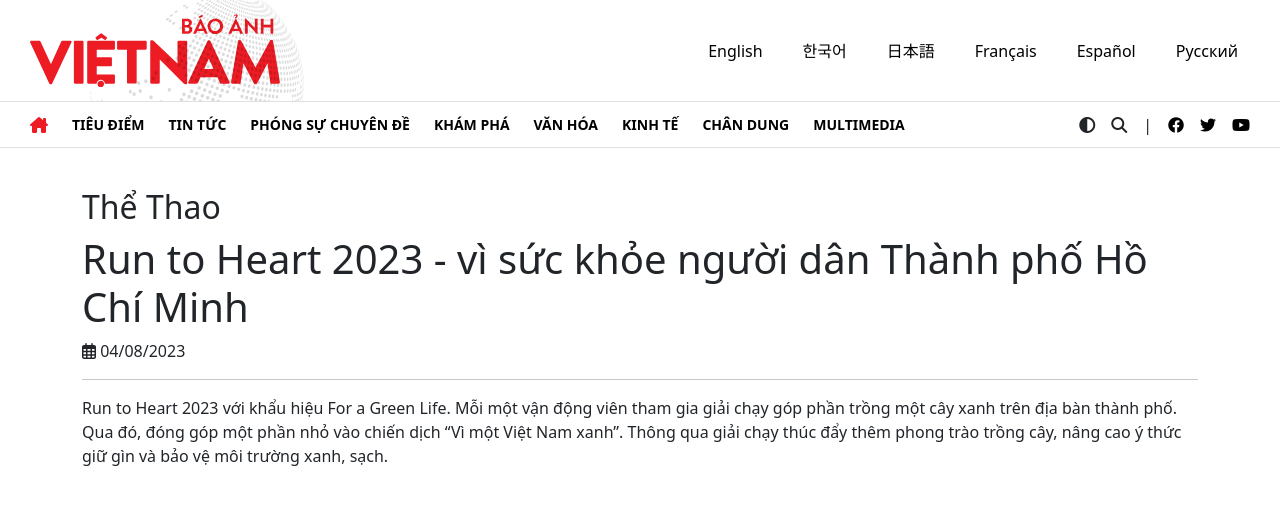
Repository: kietdotshp/webtintuc
Page: Detail.html
The author's editor kept a copy of each file at every save. The page is drawn from the files as they stood at one save, then again after a run of saves.
The browser window is 1280 px wide. The pictures show the whole page.
Some web libraries are served in a nearby version.

Above is the page before, as saved 2023-08-10 16:06:51.

### Detail.html
<!DOCTYPE html>
<html lang="en">

<head>
    <title></title>
    <meta charset="UTF-8">
    <meta name="viewport" content="width=device-width, initial-scale=1">
    <link href="assets/css/detail.css" rel="stylesheet">
    <link href="https://cdn.jsdelivr.net/npm/bootstrap@5.3.1/dist/css/bootstrap.min.css" rel="stylesheet"
        integrity="sha384-4bw+/aepP/YC94hEpVNVgiZdgIC5+VKNBQNGCHeKRQN+PtmoHDEXuppvnDJzQIu9" crossorigin="anonymous">
    <link href="https://cdn.jsdelivr.net/npm/bootstrap@5.3.1/dist/css/bootstrap.min.css" rel="stylesheet"
        integrity="sha384-4bw+/aepP/YC94hEpVNVgiZdgIC5+VKNBQNGCHeKRQN+PtmoHDEXuppvnDJzQIu9" crossorigin="anonymous" />
    <script src="https://cdn.jsdelivr.net/npm/bootstrap@5.3.1/dist/js/bootstrap.bundle.min.js"></script>
    <script src="https://kit.fontawesome.com/a076d05399.js"></script>
    <link rel="stylesheet" href="https://cdnjs.cloudflare.com/ajax/libs/font-awesome/6.4.2/css/all.min.css"
        integrity="sha512-z3gLpd7yknf1YoNbCzqRKc4qyor8gaKU1qmn+CShxbuBusANI9QpRohGBreCFkKxLhei6S9CQXFEbbKuqLg0DA=="
        crossorigin="anonymous" referrerpolicy="no-referrer" />

        <link rel="stylesheet"href="https://cdnjs.cloudflare.com/ajax/libs/font-awesome/4.7.0/css/font-awesome.min.css"/>
</head>

<header>
    <div class="container-custom">
        <section class="d-flex align-items-center justify-content-between">
            <!-- Web logo -->
            <figure class="web-logo">
                <img src="./assets/images/logo-vi.svg" alt="Logo" class="img-contain" />
            </figure>

            <div class="d-none d-lg-flex align-items-center gap-3">
                <a href="javascript:void(0)" class="choose-lang">English</a>
                <a href="javascript:void(0)" class="choose-lang">한국어</a>
                <a href="javascript:void(0)" class="choose-lang">日本語</a>
                <a href="javascript:void(0)" class="choose-lang">Français</a>
                <a href="javascript:void(0)" class="choose-lang">Español</a>
                <a href="javascript:void(0)" class="choose-lang">Русский</a>
            </div>

            <a class="mobile-menu d-lg-none" href="javascript:void(0)">
                <i class="fa-solid fa-bars-staggered fs-2"></i>
            </a>
        </section>
    </div>

    <div class="line-seperate-horizontal"></div>

    <div class="container-custom">
        <section class="d-flex align-items-center justify-content-between py-3 py-lg-0">
            <div class="d-flex align-items-center gap-4 gap-xxl-5">
                <a href="javascript:void(0)">
                    <i class="fa-solid fa-house-chimney color-primary"></i>
                </a>

                <div class="d-none d-lg-flex align-items-center gap-4 gap-xxl-5">
                    <a href="javascript:void(0)" class="menu-item">Tiêu điểm</a>
                    <a href="javascript:void(0)" class="menu-item">Tin tức</a>
                    <a href="javascript:void(0)" class="menu-item">Phóng sự chuyên đề</a>
                    <a href="javascript:void(0)" class="menu-item">Khám phá</a>
                    <a href="javascript:void(0)" class="menu-item">Văn hóa</a>
                    <a href="javascript:void(0)" class="menu-item">Kinh tế</a>
                    <a href="javascript:void(0)" class="menu-item">Chân dung</a>
                    <a href="javascript:void(0)" class="menu-item">Multimedia</a>
                </div>
            </div>

            <div class="d-flex align-items-center gap-3">
                <div class="d-flex align-items-center gap-3">
                    <div class="cursor-pointer">
                        <i class="fa-solid fa-circle-half-stroke"></i>
                    </div>
                    <div class="cursor-pointer">
                        <i class="fa-solid fa-magnifying-glass"></i>
                    </div>
                </div>

                <div class="d-lg-none d-xl-block">|</div>

                <div class="d-lg-none d-xl-flex align-items-center gap-3">
                    <a href="javascript:void(0)">
                        <i class="fa-brands fa-facebook-f"></i>
                    </a>
                    <a href="javascript:void(0)">
                        <i class="fa-brands fa-twitter"></i>
                    </a>
                    <a href="javascript:void(0)">
                        <i class="fa-brands fa-youtube"></i>
                    </a>
                </div>
            </div>
        </section>
    </div>
</header>
<div class="line-seperate-horizontal"></div>

<body>
    <div class="container">
        <div class="detailmenu">
            <h2><link href="#" target="kiểu mở liên kết">Thể Thao</link> </h2>
            <h1>Run to Heart 2023 - vì sức khỏe người dân Thành phố Hồ Chí Minh</h1>
            <div class="timeline">
                <time>
                    <i class="fa-regular fa-calendar"></i>
                    04/08/2023
                </time>
            </div>
            <hr />
        </div>
        <div>
            <p>Run to Heart 2023 với khẩu hiệu For a Green Life.
            Mỗi một vận động viên tham gia giải chạy góp phần trồng một cây xanh trên địa bàn thành phố.
             Qua đó, đóng góp một phần nhỏ vào chiến dịch  “Vì một Việt Nam xanh”. Thông qua giải chạy thúc đẩy thêm phong trào trồng cây, nâng cao ý thức giữ gìn và bảo vệ môi trường xanh, sạch.</p>
        </div>
    </div>
</body>

</html>

### assets/css/detail.css
:root {
    --main-color: #333;
    --main-red-color: #ed1c24;
    --main-white-color: #fff;
    --main-blue-color-1: #b8dcf3;
    --main-blue-color-2: #467491;
    --main-grey-color-1: #666;
    --main-grey-color-2: #888;
    --main-grey-color-3: #f0f0f0;
    --main-border-color: #e0e0e0;
  }

  /* Common */
  .body {
    display: flex;
    flex-direction: column;
    min-height: 100vh;
    font-size: 16px;
    color: var(--main-color);
    font-family: 'Roboto-Regular', sans-serif;
  }

  .img-cover {
    width: 100%;
    height: 100%;
    object-fit: cover;
  }

  .img-contain {
    width: 100%;
    height: 100%;
    object-fit: contain;
  }

  img {
    max-width: 100%;
    max-height: 100%;
  }

  a {
    text-decoration: none !important;
    color: initial !important;
  }

  .color-primary {
    color: var(--main-red-color);
  }

  .cursor-pointer {
    cursor: pointer;
  }

  .container-custom {
    max-width: 1400px;
    padding-inline: 15px;
    margin: 0 auto;

    @media (min-width: 768px) {
      padding-inline: 30px;
    }
  }

  .text-line-clamp-2 {
    display: -webkit-box;
    -webkit-line-clamp: 2;
    -webkit-box-orient: vertical;
    overflow: hidden;
  }

  .text-line-clamp-3 {
    display: -webkit-box;
    -webkit-line-clamp: 3;
    -webkit-box-orient: vertical;
    overflow: hidden;
  }

  .image-padding-top {
    position: relative;
    padding-top: 56.25%;
  }

  /* Header css */
  .web-logo {
    position: relative;
    padding-block: 14px;
    margin-bottom: 0;
    width: 150px;

    @media (min-width: 992px) {
      width: 250px;
    }
  }

  .web-logo::after {
    content: '';
    background: url('../images/earth-digital.svg') no-repeat;
    width: 100%;
    height: 100%;
    opacity: 0.2;
    position: absolute;
    right: -60px;
    top: 0;
  }

  .choose-lang {
    border-radius: 9999px;
    padding: 6px 12px;
  }

  .choose-lang:hover {
    background-color: var(--main-border-color);
  }

  .line-seperate-horizontal {
    width: 100%;
    height: 1px;
    background-color: #e0e0e0;
  }

  .line-seperate-vertical {
    width: 1px;
    height: 100%;
    background-color: #e0e0e0;
    margin: 0 auto;
  }

  .menu-item {
    text-transform: uppercase;
    font-weight: 700;
    font-size: 14px;
    position: relative;
    padding-block: 12px;
    white-space: nowrap;
  }

  .menu-item::before {
    content: '';
    position: absolute;
    top: -1px;
    left: 50%;
    right: 50%;
    transform: translate(-50%, 0);
    width: 0;
    height: 2px;
    background: var(--main-red-color);
    transition: all 0.2s linear;
  }

  .menu-item:hover:before {
    width: 100%;
  }

  /* Carousel */
  .carousel-item {
    position: absolute !important;
    top: 0;
    left: 0;
    width: 100%;
    height: 100%;
  }

  .carousel-control-next,
  .carousel-control-prev {
    width: 10% !important;
  }

  .carousel-control-prev,
  .carousel-control-next {
    opacity: 0 !important;
  }

  .carousel:hover .carousel-control-prev,
  .carousel:hover .carousel-control-next {
    transition: all 0.3s linear;
    opacity: 1 !important;
  }

  /* Main */
  .content {
    border: 1px solid var(--main-border-color);
    padding: 20px;
  }

  .content-spacing {
    margin-block: 40px;
  }

  .content-title {
    display: inline-block;
    color: var(--main-red-color);
    line-height: 26px;
    font-size: 26px;
    font-weight: 600;
    margin-bottom: 20px;
  }

  .article-title {
    font-size: 22px;
    font-weight: 600;
  }

  .article-title.sub {
    font-size: 16px;
  }

  .article-category {
    text-transform: uppercase;
    font-size: 12px;
    color: var(--main-grey-color-2);
  }

  .content-ul-list {
    padding-left: 20px;
    margin-bottom: 0;
    max-height: 480px;
    overflow: auto;
  }

  .content-ul-list li::marker {
    color: var(--main-red-color);
  }

  /* Spacing */
  .mb-10px {
    margin-bottom: 10px;
  }

  .max-w-40px {
    max-width: 40px !important;
  }
  .h2{
    color: var(--main-red-color);
  }
  .detailmenu{
    margin-top: 40px;
  }

After the next 2 saves:
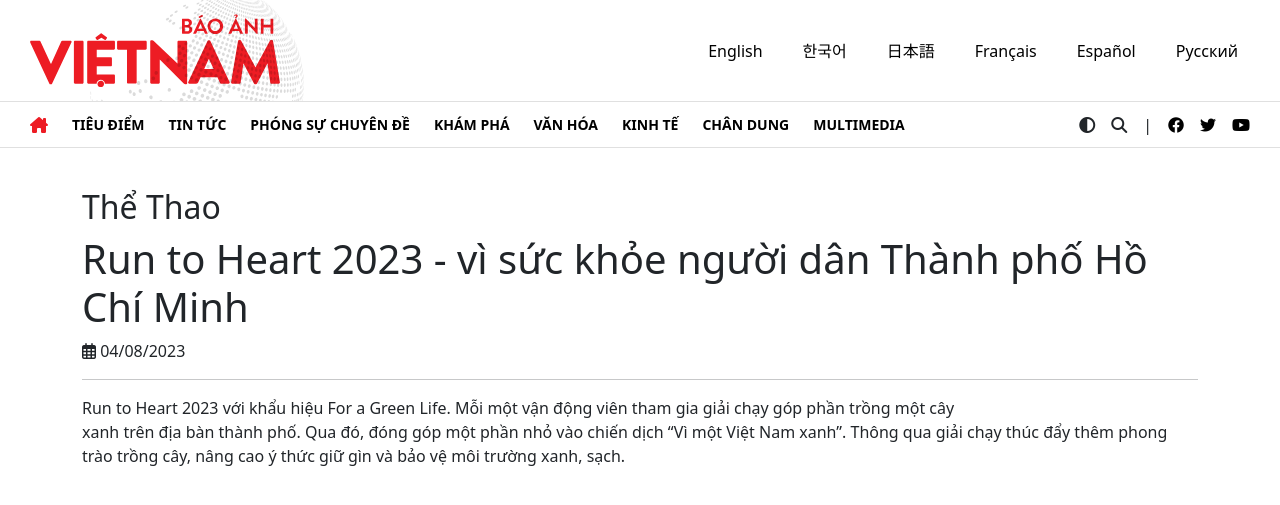
The 2 saves are shown as one change because they came seconds apart.
The last was saved 31 s later.
--- a/Detail.html
+++ b/Detail.html
@@ -107,7 +107,7 @@
         </div>
         <div>
             <p>Run to Heart 2023 với khẩu hiệu For a Green Life.
-            Mỗi một vận động viên tham gia giải chạy góp phần trồng một cây xanh trên địa bàn thành phố.
+            Mỗi một vận động viên tham gia giải chạy góp phần trồng một cây<br> xanh trên địa bàn thành phố.
              Qua đó, đóng góp một phần nhỏ vào chiến dịch  “Vì một Việt Nam xanh”. Thông qua giải chạy thúc đẩy thêm phong trào trồng cây, nâng cao ý thức giữ gìn và bảo vệ môi trường xanh, sạch.</p>
         </div>
     </div>
